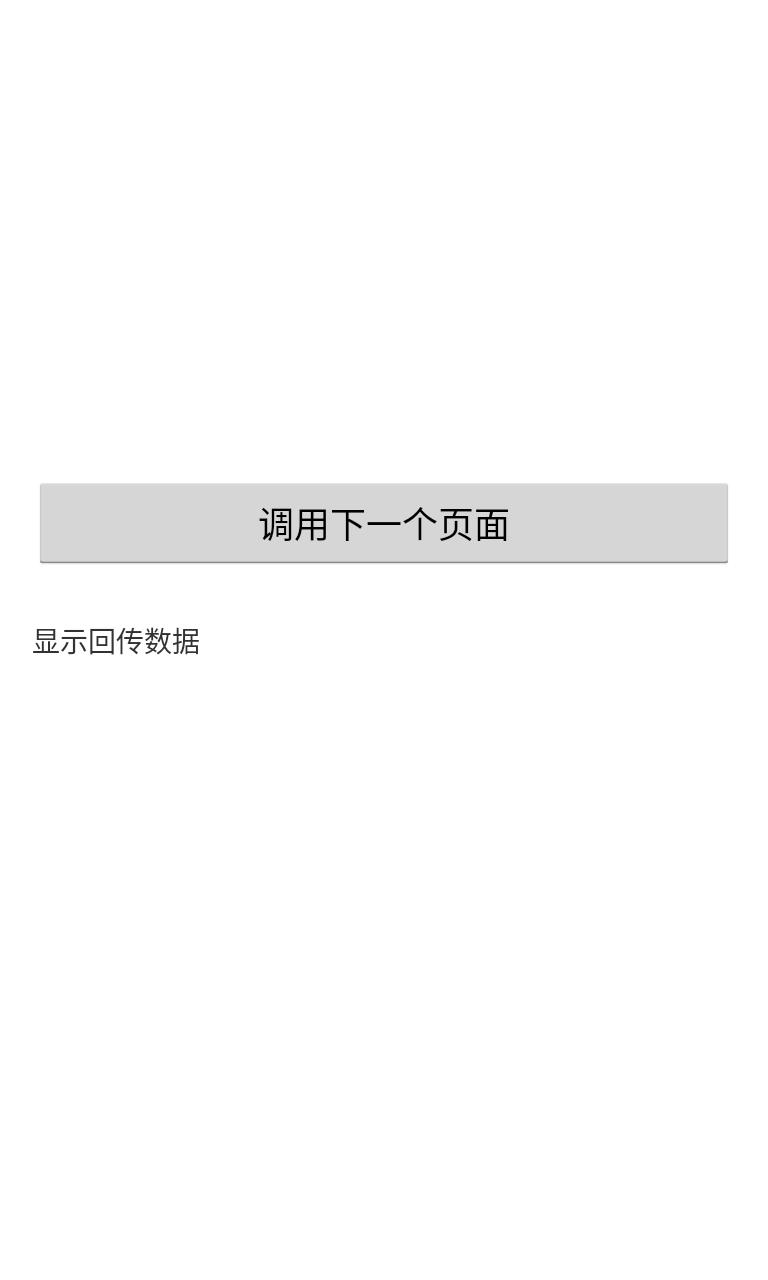
Repository: misok/android_test
Layout: CalculateDemo/res/layout/activity_main.xml
An editor plug-in stored every save of this project. The layout is shown before and after the next save, followed by the edit.
It is drawn on a 768 x 1280 px phone screen (xhdpi) without system bars, with theme AppTheme; the app's code is not run.

Above is the layout before, as saved 2014-12-03 15:31:18.

After the next save:
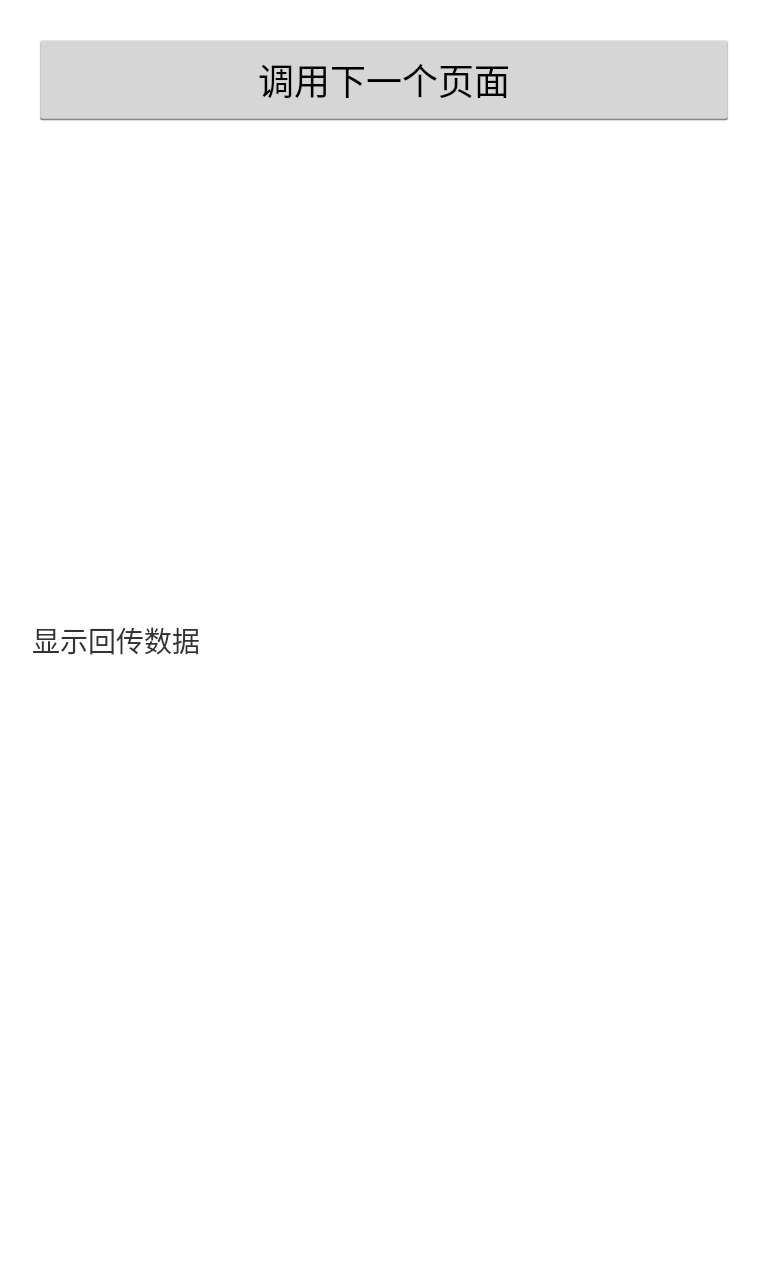
Saved 2 min 20 s later.
--- a/CalculateDemo/res/layout/activity_main.xml
+++ b/CalculateDemo/res/layout/activity_main.xml
@@ -18,13 +18,12 @@
          />
 
     <Button
-        android:gravity="center"
         android:id="@+id/button1"
         android:layout_width="match_parent"
         android:layout_height="wrap_content"
-        android:layout_above="@+id/textView1"
         android:layout_alignParentLeft="true"
-        android:layout_marginBottom="24dp"
+        android:layout_alignParentTop="true"
+        android:gravity="center"
         android:text="调用下一个页面" />
 
 </RelativeLayout>
